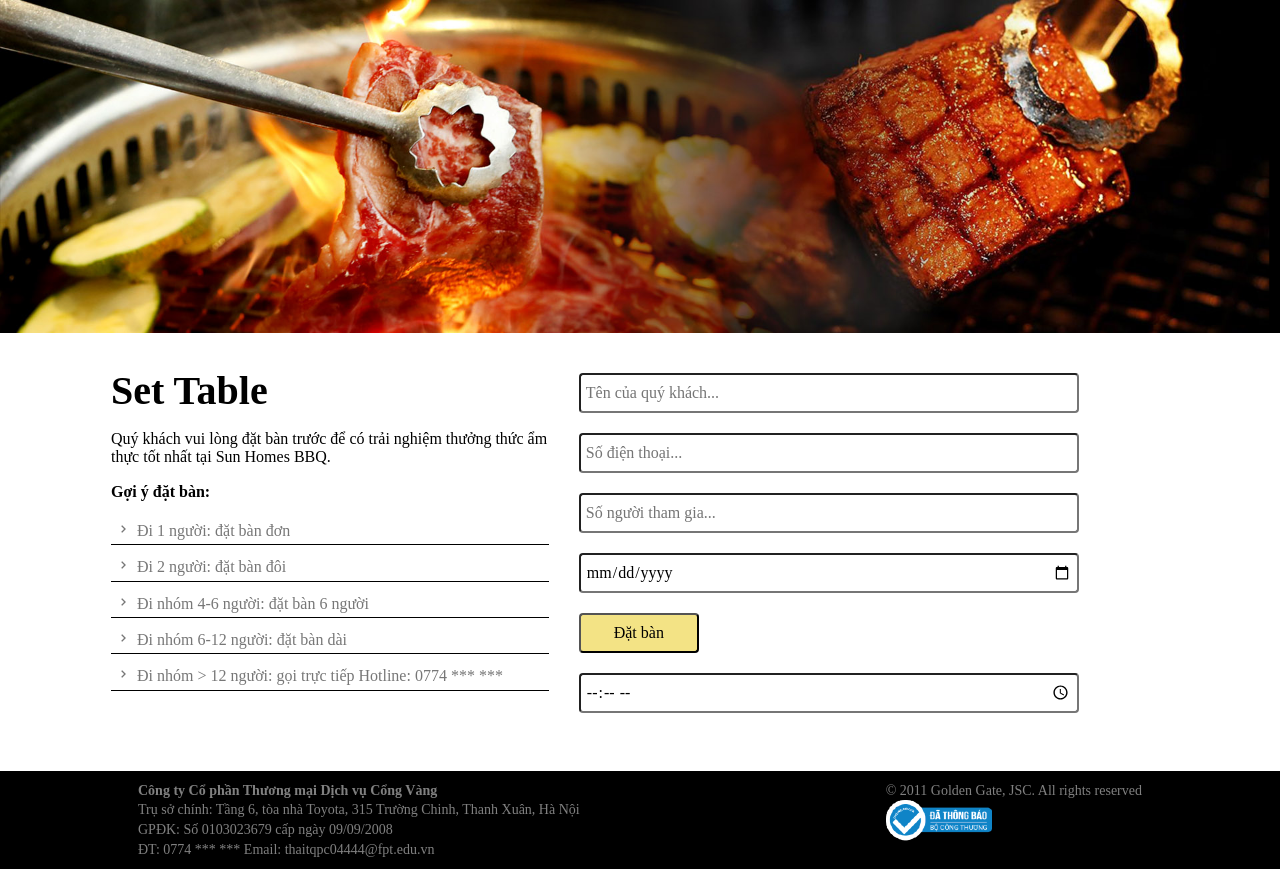
Repository: QUANGTHAI2003/sunhomesbbq
Page: DatBan.html
The author's editor kept a copy of each file at every save. The page is drawn from the files as they stood at one save, then again after the next save.
The browser window is 1280 px wide. The pictures show the whole page.
Some web fonts or font styles are not loaded; a fallback is used.

Above is the page before, as saved 2022-02-13 13:19:46.

After the next save:
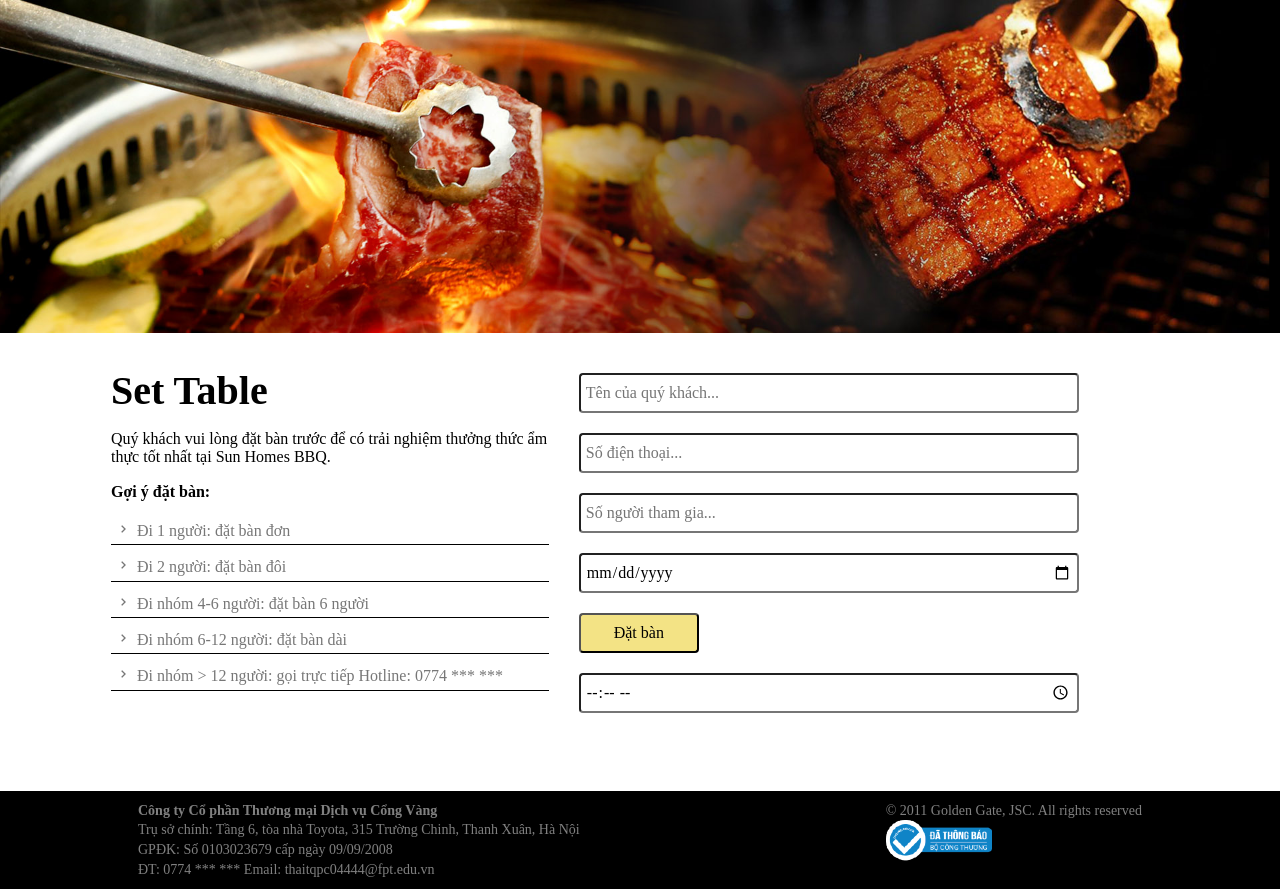
Saved 7 s later.
--- a/style.css
+++ b/style.css
@@ -589,7 +589,7 @@
 
 .set-table ul {
     list-style: none;
-    margin-bottom: 50px;
+    margin-bottom: 70px;
 }
 
 .set-table ul li {
